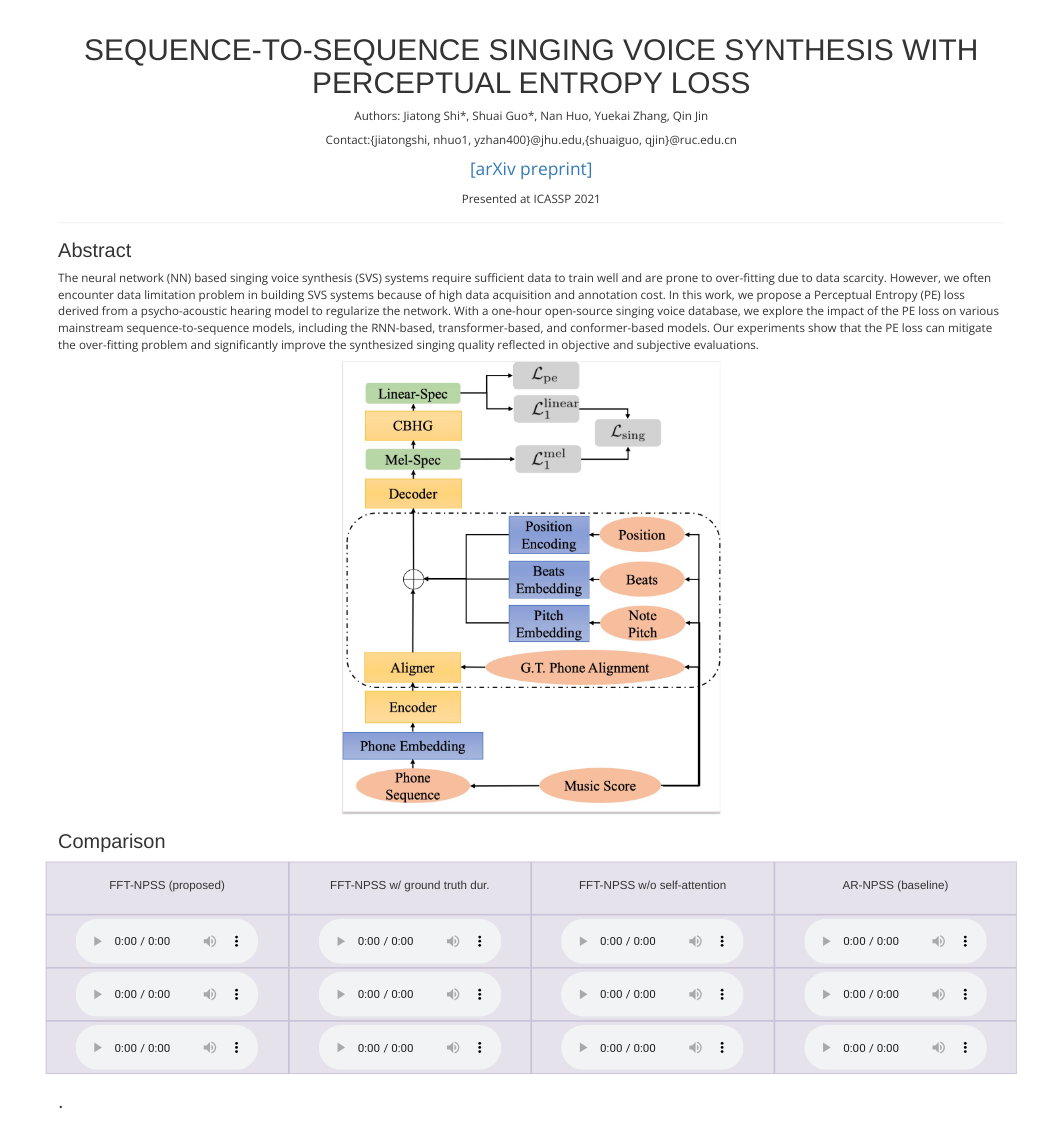
Repository: PeterGuoRuc/SVS_pe.github.io
Page: index.html
The author's editor kept a copy of each file at every save. The page is drawn from the files as they stood at one save, then again after the next save.
The browser window is 1280 px wide. The pictures show the whole page, at 83% of full size.

Above is the page before, as saved 2021-06-06 17:00:33.

### index.html
<!DOCTYPE html>
<html lang="en">
  <head>
    <meta charset="utf-8">
    <meta http-equiv="X-UA-Compatible" content="IE=edge">
    <meta name="viewport" content="width=device-width, initial-scale=1">
    <meta name="description" content="">
    <meta name="author" content="">
    <link rel="shortcut icon" type="image/x-icon" href="../favicon.ico">

    <title>SEQUENCE-TO-SEQUENCE SINGING VOICE SYNTHESIS WITH PERCEPTUAL ENTROPY LOSS</title>

    <!-- Fonts -->
    <link href="https://fonts.googleapis.com/css?family=Abril+Fatface|Open+Sans" rel="stylesheet">

    <!-- Bootstrap core CSS -->
    <!--<link href="bootstrap/dist/css/bootstrap.min.css" rel="stylesheet">-->
    <link href="https://maxcdn.bootstrapcdn.com/bootstrap/3.3.7/css/bootstrap.min.css" rel="stylesheet">

    <!-- IE10 viewport hack for Surface/desktop Windows 8 bug -->
    <!--<link href="bootstrap/assets/css/ie10-viewport-bug-workaround.css" rel="stylesheet">-->
    <link href="https://maxcdn.bootstrapcdn.com/css/ie10-viewport-bug-workaround.css" rel="stylesheet">

    <!-- Custom styles for this template -->
    <link href="poster.css" rel="stylesheet">

    <!-- Just for debugging purposes. Don't actually copy these 2 lines! -->
    <!--[if lt IE 9]><script src="bootstrap/assets/js/ie8-responsive-file-warning.js"></script><![endif]-->
    <!--<script src="bootstrap/assets/js/ie-emulation-modes-warning.js"></script>-->

    <!-- HTML5 shim and Respond.js for IE8 support of HTML5 elements and media queries -->
    <!--[if lt IE 9]>
      <script src="https://oss.maxcdn.com/html5shiv/3.7.3/html5shiv.min.js"></script>
      <script src="https://oss.maxcdn.com/respond/1.4.2/respond.min.js"></script>
    <![endif]-->
  </head>

  <body>
    <div class="container">

      <div class="page-header">
        <h1>
          SEQUENCE-TO-SEQUENCE SINGING VOICE SYNTHESIS WITH PERCEPTUAL ENTROPY LOSS
        </h1>
        <p class="centered">
          Authors: Jiatong Shi*, Shuai Guo*, Nan Huo, Yuekai Zhang, Qin Jin
        </p>
        <p class="centered">
          Contact:{jiatongshi, nhuo1, yzhan400}@jhu.edu,{shuaiguo, qjin}@ruc.edu.cn
        </p>
        <p class="lead">
          <a class="lead_link" href="https://arxiv.org/abs/2010.12024">[arXiv preprint]</a>
        </p>
        <p class="centered">Presented at ICASSP 2021</p>
      </div>

      <h3>Abstract</h3>
      <p>The neural network (NN) based singing voice synthesis (SVS) systems require sufficient data to train well and are prone to over-fitting due to data scarcity.
        However, we often encounter data limitation problem in building SVS systems because of high data acquisition and annotation cost.
        In this work, we propose a Perceptual Entropy (PE) loss derived from a psycho-acoustic hearing model to regularize the network.
        With a one-hour open-source singing voice database, we explore the impact of the PE loss on various mainstream sequence-to-sequence models, including the RNN-based, transformer-based, and conformer-based models.
        Our experiments show that the PE loss can mitigate the over-fitting problem and significantly improve the synthesized singing quality reflected in objective and subjective evaluations.
      </p>

      <center><img src="files/svs_model.jpg"/ height="40%" width="40%"></center>

      <h3>Comparison</h3>
      <div class="row">
        <div class="col-md-3">FFT-NPSS (proposed)</div>
        <div class="col-md-3">FFT-NPSS w/ ground truth dur.</div>
        <div class="col-md-3">FFT-NPSS w/o self-attention</div>
        <div class="col-md-3">AR-NPSS (baseline)</div>
      </div>
      <div class="row">
        <div class="col-md-3"><audio src="files/1_Feel_4.mp3" controls></audio></div>
        <div class="col-md-3"><audio src="files/2_Feel_4.mp3" controls></audio></div>
        <div class="col-md-3"><audio src="files/3_Feel_4.mp3" controls></audio></div>
        <div class="col-md-3"><audio src="files/4_Feel_4.mp3" controls></audio></div>
      </div>
      <div class="row">
        <div class="col-md-3"><audio src="files/1_Feel_19.mp3" controls></audio></div>
        <div class="col-md-3"><audio src="files/2_Feel_19.mp3" controls></audio></div>
        <div class="col-md-3"><audio src="files/3_Feel_19.mp3" controls></audio></div>
        <div class="col-md-3"><audio src="files/4_Feel_19.mp3" controls></audio></div>
      </div>
      <div class="row">
        <div class="col-md-3"><audio src="files/1_Rio_8.mp3" controls></audio></div>
        <div class="col-md-3"><audio src="files/2_Rio_8.mp3" controls></audio></div>
        <div class="col-md-3"><audio src="files/3_Rio_8.mp3" controls></audio></div>
        <div class="col-md-3"><audio src="files/4_Rio_8.mp3" controls></audio></div>
      </div>

      <h3>.</h3>


    </div> <!-- /container -->


    <!-- IE10 viewport hack for Surface/desktop Windows 8 bug -->
    <!--<script src="bootstrap/assets/js/ie10-viewport-bug-workaround.js"></script>-->
    <script src="https://maxcdn.bootstrapcdn.com/js/ie10-viewport-bug-workaround.js"></script>
  </body>
</html>

### poster.css

p {
  font-family: 'Open Sans', sans-serif;
  margin: 10px 0 10px;
}

.lead_link {
  margin: 0 5px 0 5px;
}

.lead {
  text-align: center;
  margin-bottom: 0;
}

.centered {
  text-align: center;
}

.image_title {
  text-align: center;
}

img.figure {
  display: block;
  margin-left: auto;
  margin-right: auto;
  max-width: 100%;
}

h1 {
  /* font-family: 'Abril Fatface', cursive; */
  text-align: center;
}

h4 {
  margin-top: 25px;
}
.row {
  margin-bottom: 0px;
  position: relative;
}

/* vertically center audio players */
.row audio {
    position: absolute;
    top: 0;
    left: 0;
    bottom: 0;
    right: 0;
    margin: auto;
    display: block;
    width: 220px;
}

[class*="col-"] {
  padding-top: 17px;
  padding-bottom: 17px;
  background-color: #eee;
  background-color: rgba(86,61,124,.15);
  border: 1px solid #ddd;
  border: 1px solid rgba(86,61,124,.2);
  height: 64px;
  text-align: center;
}

hr {
  margin-top: 40px;
  margin-bottom: 40px;
}

After the next save:
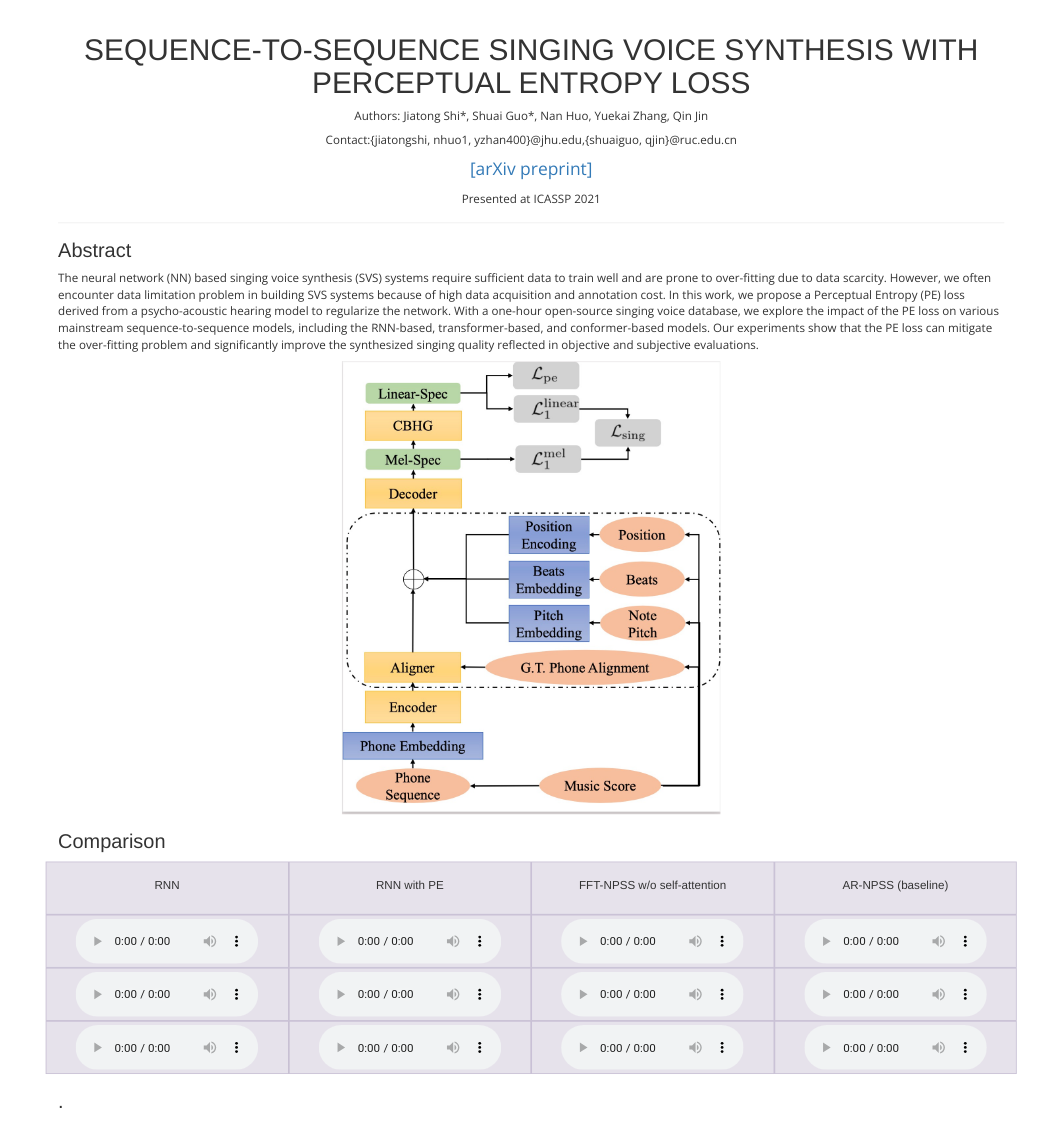
Saved 91 s later.
--- a/index.html
+++ b/index.html
@@ -66,8 +66,8 @@
 
       <h3>Comparison</h3>
       <div class="row">
-        <div class="col-md-3">FFT-NPSS (proposed)</div>
-        <div class="col-md-3">FFT-NPSS w/ ground truth dur.</div>
+        <div class="col-md-3">RNN</div>
+        <div class="col-md-3">RNN with PE</div>
         <div class="col-md-3">FFT-NPSS w/o self-attention</div>
         <div class="col-md-3">AR-NPSS (baseline)</div>
       </div>
